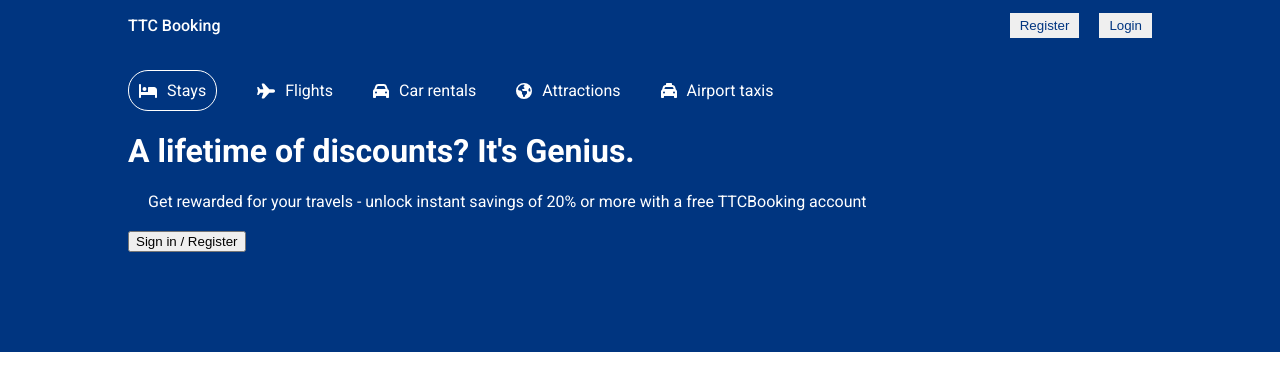
Repository: CarsonDev1/booking-app
Page: /
These files come from the project's save history. The page is drawn as it stood at one moment and after the next save; the edit follows.
The browser window is 1280 px wide. The pictures show the whole page.
The project was rebuilt for these pictures with package versions that can differ from the ones it lists, and the page was loaded fresh each time. Also part of the build but not shown: src/pages/home/home.css, src/pages/hotel/Hotel.jsx, src/pages/list/List.jsx.

Above is the page before, as saved 2022-12-03 00:47:43.

After the next save:
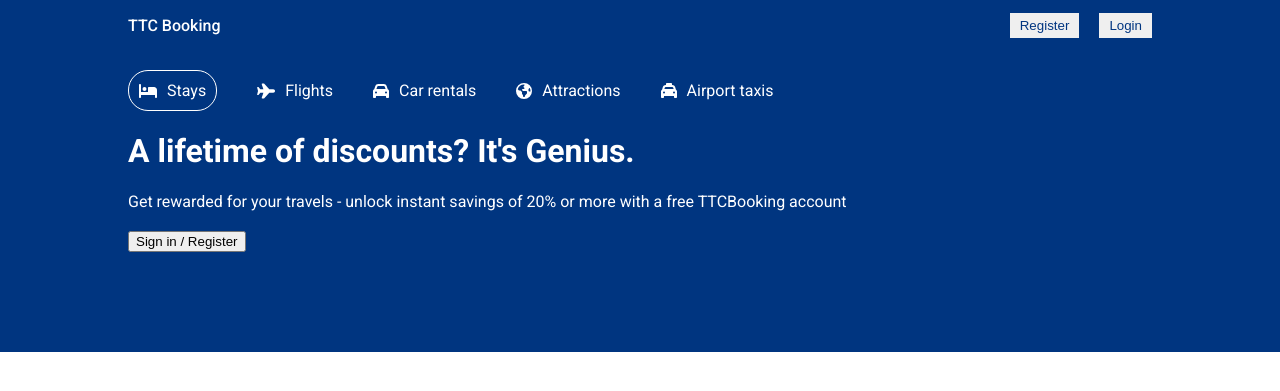
Saved 22 s later.
--- a/src/components/header/header.css
+++ b/src/components/header/header.css
@@ -24,5 +24,5 @@
 	border-radius: 20px;
 }
 .headerDesc {
-	margin: 20px;
+	margin: 20px 0px;
 }
